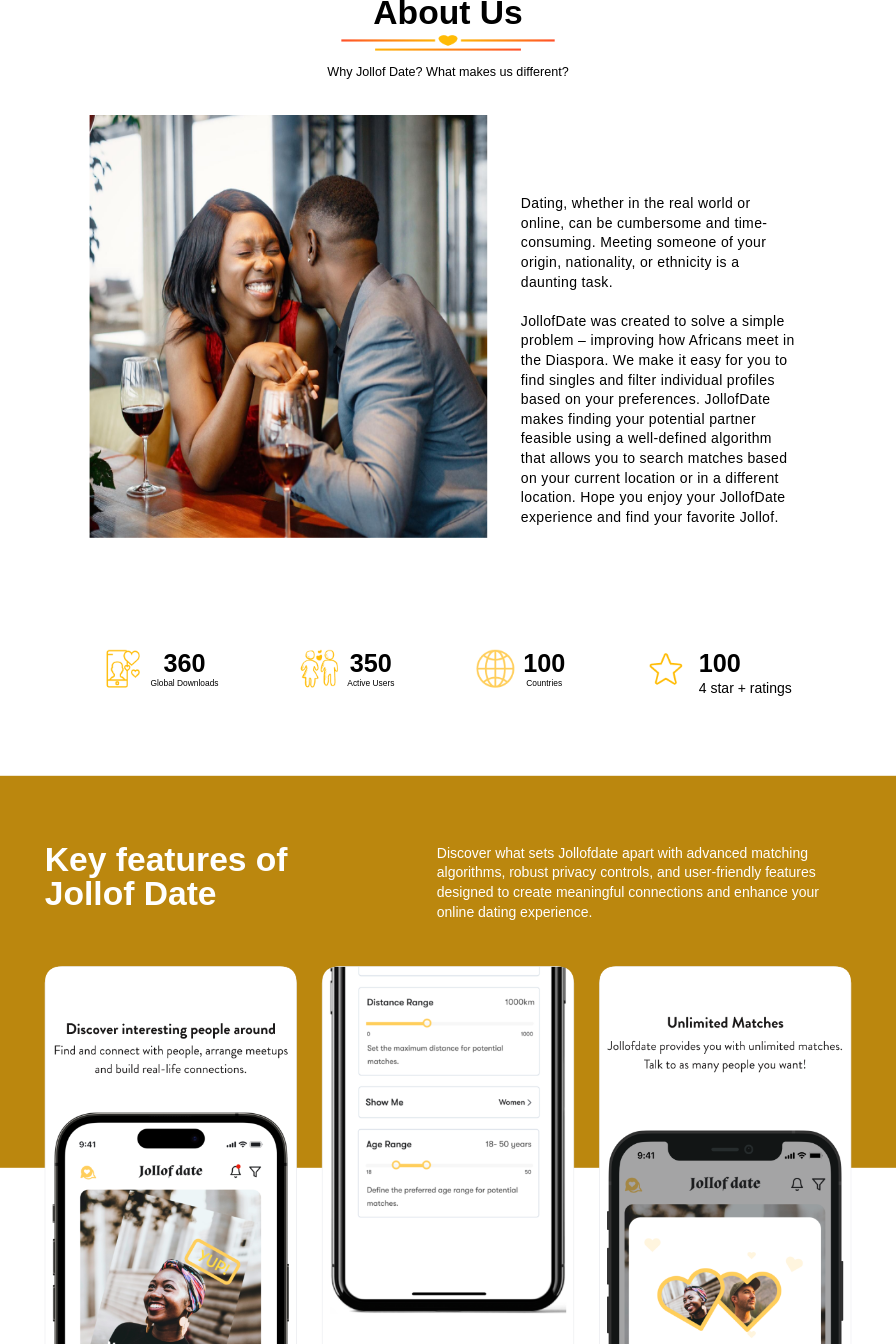
Repository: FarhanNasiru/jollofdate-frontend
Page: /
The author's editor kept a copy of each file at every save. The page is drawn from the files as they stood at one save, then again after the next save.
The browser window is 1280 px wide. The pictures show the part of the page from y = 1086 to 3006 px (the page is 7532 px tall), at 70% of full size.
Some web fonts or font styles are not loaded; a fallback is used. The project was rebuilt for these pictures with package versions that can differ from the ones it lists, and the page was loaded fresh each time. Also part of the build but not shown: vite.config.js, src/Pages/Footer2.jsx, src/components/Header2.jsx, src/Pages/privacy.jsx, src/Pages/Term.jsx.

Above is the page before, as saved 2024-08-20 06:41:29.

### index.html
<!doctype html>
<html lang="en">
  <head>
    <meta charset="UTF-8" />
    <link rel="icon" type="image/svg+xml" href="/vite.svg" />
    <meta name="viewport" content="width=device-width, initial-scale=1.0" />
    <title>Jellof Date</title>
  </head>
  <body>
    <div id="root"></div>
    <script type="module" src="/src/main.jsx"></script>
  </body>
</html>

### src/App.jsx
import { BrowserRouter as Router, Route, Routes } from "react-router-dom";
import Header from "./components/Header";
import Home from "./Pages/Home";
import Privacy from "./Pages/privacy";
import Terms from "./Pages/Term";
import "./index.css";
const App = () => {
  return (
    <Router>
      <Header />
      <main>
        <Routes>
          <Route path="/" element={<Home />} />
          <Route path="/privacy" element={<Privacy />} />
          <Route path="/terms" element={<Terms />} />
        </Routes>
      </main>
    </Router>
  );
};

export default App;

### src/index.css
@import url('https://fonts.cdnfonts.com/css/hvdtrial-brandon-grotesque');
@import url('https://fonts.googleapis.com/css2?family=Almendra:ital,wght@0,400;0,700;1,400;1,700&display=swap');
@import "slick-carousel/slick/slick.css";
@import "slick-carousel/slick/slick-theme.css";

@tailwind base;
@tailwind components;
@tailwind utilities;

### src/Pages/Home.jsx
import Faq from "../components/Faq";
import Testimonials from "../components/Testimonials";
import Community from "../components/Community";
import How from "../components/Howitworks";
import Features from "../components/Features";
import About from "../components/Aboutus";
import Download from "../components/Download";
import Footer from "../components/Footer";
import Header from "../components/Header";

function Home() {
  return (
    <main className=" bg-white justify-center font-HvDTrial">
      <Header />
      <section
        id="home"
        className="pl-8 pr-8 justify-center bg-center bg-no-repeat items-center w-full lg:pt-64 lg:pb-9 bg-[url('/Images/Home-bg.png')] h-auto"
      >
        <h1 className="  text-wrap text-white text-7xl md:text-7xl  font-medium md:font-semibold text-center pt-32 pb-14 h-auto">
          Africans. Meet. Date. Connect.{" "}
        </h1>
        <p className=" text-2xl px-6 text-center text-white font-normal md:text-3xl">
          Begin your journey to a lifetime of happiness, success, progress, and
          bliss.
          <br /> Your happiness starts here. Let’s go!
        </p>
        <div className=" flex justify-center pt-12 flex-wrap pb-16">
          <a
            href="#"
            className="bg-transparent text-black px-1 py-1 rounded flex items-center"
          >
            <img
              src="/Images/Googleplay-whitesvg.svg"
              alt="Google Play"
              className="w-full h-full img-center"
            />
          </a>
          <a
            href="#"
            className="bg-transparent text-black px-4 py-2 rounded flex items-center"
          >
            <img
              src="/Images/Applestore-white.png"
              alt="App Store"
              className="w-full h-full mr-2"
            />
          </a>
        </div>
        <div className=" justify-center ">
          <a href="#footer">
            <img
              src="/Images/Home-arrow.png"
              alt=""
              className=" hidden md:flex justify-center m-auto md:pb-32"
            />
          </a>
        </div>
      </section>
      <About />
      <Features />
      <How />
      <Community />
      <Testimonials />
      <Faq />
      <Download />
      <Footer />
    </main>
  );
}

export default Home;

### src/components/Faq.jsx
import { useState } from "react";

function Faq() {
  const [openIndexes, setOpenIndexes] = useState([]);

  const toggleDropdown = (index) => {
    if (openIndexes.includes(index)) {
      setOpenIndexes(openIndexes.filter((i) => i !== index));
    } else {
      setOpenIndexes([...openIndexes, index]);
    }
  };

  const faqItems = [
    "How can I create my profile on the app?",
    "How can I create my profile on the app?",
    "How can I create my profile on the app?",
    "How can I create my profile on the app?",
    "How can I create my profile on the app?",
    "How can I create my profile on the app?",
  ];

  return (
    <section id="frequently-asked-questions" className="pb-14 sm:px-9">
      <div className="sm:pb-20 md:pb-12">
        <h2 className="text-2xl md:text-3xl font-bold text-center pt-24">
          Frequently Asked Questions
        </h2>
        <div className="flex justify-center py-4">
          <img src="/Images/love-logo.png" alt="" className=" md:w-auto" />
        </div>
        <h3 className="text-center text-lg">
          You have questions? Check here for answers
        </h3>
      </div>
      <div className="text-left sm:text-wrap px-4">
        {faqItems.map((item, index) => (
          <div key={index} className=" mx-auto mt-3">
            <div
              className={`flex pt-7 pl-16 pr-12 pb-6 justify-between cursor-pointer ${
                openIndexes.includes(index)
                  ? "bg-customYellow1 font-bold text-black text-xl rounded-t-md"
                  : "bg-bright text-black text-lg border-solid border rounded-lg border-customYellow1"
              }`}
              onClick={() => toggleDropdown(index)}
            >
              <p className="text-xl font-medium">{item}</p>
              {openIndexes.includes(index) ? (
                <div className="h-6 w-6">
                  <img src="/Jellofdate/add.svg" alt="" />
                </div>
              ) : (
                <div className="h-6 w-6">
                  <img src="/Jellofdate/add2.svg" alt="" className="bg-white" />
                </div>
              )}
            </div>
            {openIndexes.includes(index) && (
              <div className="p-4 bg-customYellow1 rounded-b-md shadow pt-7 pl-16 pr-12 pb-8">
                <p className=" xl:w-custom3text-xl md:text-wrap sm:text-balance">
                  Begin your journey to a lifetime of happiness, success,
                  progress and bliss. Begin your journey to a lifetime of
                  happiness, success, progress and bliss. Begin your journey to
                  a lifetime of happiness, success, progress and bliss. Begin
                  your journey to a lifetime of happiness, success, progress and
                  bliss. Begin your journey to a lifetime of happiness, success,
                  progress and bliss. Begin your journey to a lifetime of
                  happiness, success, progress and bliss. Begin your journey to
                  a lifetime of happiness, success, progress and bliss.
                </p>
              </div>
            )}
          </div>
        ))}
      </div>
    </section>
  );
}

export default Faq;

### src/components/Testimonials.jsx
import { Carousel } from "antd";

function Testimonials() {
  const contentStyle = {
    height: "auto",
    color: "#fff",
    lineHeight: "40px",
    textAlign: "center",
    background: "transparent",
  };

  const testimonials = [
    {
      quote:
        "“Other dating apps were like shooting fish in a barrel. But my girlfriend and I clicked right away on Jollofdate, and the conversation was effortless. We’ve been together for over a year.”",
      name: "Caitlyn King",
    },
    {
      quote:
        "“Other dating apps were like shooting fish in a barrel. But my girlfriend and I clicked right away on Jollofdate, and the conversation was effortless. We’ve been together for over a year.”",
      name: "Crystabel lyn",
    },
    {
      quote:
        "“Other dating apps were like shooting fish in a barrel. But my girlfriend and I clicked right away on Jollofdate, and the conversation was effortless. We’ve been together for over a year.”",
      name: "David Johnson",
    },
    {
      quote:
        "“Other dating apps were like shooting fish in a barrel. But my girlfriend and I clicked right away on Jollofdate, and the conversation was effortless. We’ve been together for over a year.”",
      name: "King Micheal",
    },
  ];

  return (
    <section id="testimonials" className="p-8 pt-24">
      <div>
        <h2 className="text-5xl font-bold text-center p-2">Testimonials</h2>
        <div className="flex justify-center pb-5 md:pb-6">
          <img src="/Images/love-logo.png" alt="Love Logo" />
        </div>
        <h3 className="text-center text-lg">
          Read what our existing users have to say
        </h3>
      </div>
      <div className="text-center pt-9 pb-16 text-black">
        <Carousel autoplay>
          {testimonials.map((testimonial, index) => (
            <div key={index}>
              <div style={contentStyle}>
                <h1 className="text-black text-center m-auto font-normal text-2xl text-wrap">
                  {testimonial.quote}
                </h1>
                <div className="flex justify-center py-3">
                  {[...Array(5)].map((_, i) => (
                    <img
                      key={i}
                      src="/Images/Star.svg"
                      alt="Star"
                      className="mx-1"
                    />
                  ))}
                </div>
                <p className="text-center text-black text-lg pb-8">
                  {testimonial.name}
                </p>
              </div>
            </div>
          ))}
        </Carousel>
      </div>
    </section>
  );
}

export default Testimonials;

### src/components/Community.jsx
function Community() {
  return (
    <div>
      <section
        id="Community"
        className="bg-custom-radial flex flex-col items-center justify-center mb-28 px-6 pt-8"
      >
        <div className="space-y-8 text-center text-black">
          <div>
            <h1 className="text-3xl sm:text-4xl md:text-5xl font-bold">
              Join the
            </h1>
            <h2 className="text-3xl sm:text-4xl md:text-5xl font-bold">
              Jollof Date Community
            </h2>
          </div>
          <div className="w-full sm:w-4/5 md:w-3/5 lg:w-custom9 mx-auto">
            <h3 className="text-sm sm:text-base font-normal">
              Download the app from your store and begin your journey to a
              lifetime of happiness, success, progress, and bliss.
            </h3>
          </div>
          <div className="text-center justify-center m-auto gap-3 flex-wrap md:flex space-y-6">
            <a href="" className="w-32 md:w-40 ">
              <img
                src="/Images/Applestore-dark.png"
                alt="Download on the App Store"
                className="m-auto"
              />
            </a>
            <a href="" className="w-32 md:w-40">
              <img
                src="/Images/Googleplay-Dark.png"
                alt="Get it on Google Play"
                className="m-auto"
              />
            </a>
          </div>
        </div>
        <div className="flex justify-center mt-8">
          <img
            src="/Images/threephones.png"
            alt="Three phones showing the app"
            className="w-full sm:w-4/5 md:w-3/5 lg:w-auto"
          />
        </div>
      </section>
    </div>
  );
}

export default Community;

### src/components/Howitworks.jsx
function Howitworks() {
  return (
    <div>
      <section id="how-it-works" className="pt-16 md:pt-72 pb-10">
        <h2 className="text-2xl md:text-3xl font-bold text-center mt-24 md:mt-44 p-2">
          How it works
        </h2>
        <div className="flex justify-center pb-4 md:pb-2">
          <img src="/Images/love-logo.png" alt="" className=" md:w-auto" />
        </div>
        <h3 className="text-center text-sm md:text-base pb-4 md:pb-6">
          A step-by-step guide on how to get started on Jollof Date
        </h3>
        <div className="flex flex-col xl:flex-row p-4 md:p-8 space-y-8 md:space-y-0">
          <div id="picture" className="flex justify-center   space-x-3 ">
            <img
              src="/Images/f-and-j-frame.png"
              alt=""
              className="w-full md:w-auto"
            />
          </div>
          <div className="icon space-y-8 md:space-y-11 md:ml-11">
            <div className="flex gap-4 md:gap-6">
              <img
                src="/Images/sign up.png"
                alt=""
                className="w-12 h-12 md:w-16 md:h-16"
              />
              <div>
                <h1 className="font-bold text-xl md:text-2xl">Sign Up</h1>
                <h2 className="font-normal text-sm md:text-xl">
                  Begin your journey to a lifetime of happiness, success,
                  progress, and bliss.
                </h2>
              </div>
            </div>
            <div className="flex gap-4 md:gap-6">
              <img
                src="/Images/create.png"
                alt=""
                className="w-12 h-12 md:w-16 md:h-16"
              />
              <div>
                <h1 className="font-bold text-xl md:text-2xl">
                  Create Profile and Add Preferences
                </h1>
                <h2 className="font-normal text-sm md:text-xl">
                  Share your interests, hobbies, and a bit about yourself to
                  help us find your perfect match.
                </h2>
              </div>
            </div>
            <div className="flex gap-4 md:gap-6">
              <img
                src="/Images/browse.png"
                alt=""
                className="w-12 h-12 md:w-16 md:h-16"
              />
              <div>
                <h1 className="font-bold text-xl md:text-2xl">
                  Browse and Match
                </h1>
                <h2 className="font-normal text-sm md:text-xl">
                  Use our advanced filters to find people who share your
                  interests and values. Start connecting today.
                </h2>
              </div>
            </div>
            <div className="flex gap-4 md:gap-6">
              <img
                src="/Images/chat.png"
                alt=""
                className="w-12 h-12 md:w-16 md:h-16"
              />
              <div>
                <h1 className="font-bold text-xl md:text-2xl">Chat and Call</h1>
                <h2 className="font-normal text-sm md:text-xl">
                  Get to know your matches better and build connections in a
                  safe and private environment.
                </h2>
              </div>
            </div>
          </div>
        </div>
      </section>
    </div>
  );
}

export default Howitworks;

### src/components/Features.jsx
function Features() {
  return (
    <div>
      <section
        id="features"
        className=" md:p-8 pt-16 md:pt-24 mb-20 md:mb-40 bg-featuresY h-full w-full md:h-custom16"
      >
        <div className="">
          <div className="flex flex-col md:flex-row justify-between m-auto px-4 md:px-8 space-y-4 md:space-y-0">
            <h3 className="text-3xl md:text-5xl font-bold w-full md:w-96 h-auto md:h-36 text-white">
              Key features of Jollof Date
            </h3>
            <h2 className="text-xl w-full md:w-custom4 font-normal text-white">
              Discover what sets Jollofdate apart with advanced matching
              algorithms, robust privacy controls, and user-friendly features
              designed to create meaningful connections and enhance your online
              dating experience.
            </h2>
          </div>
          <div className="flex flex-col md:flex-row h-full space-y-4 md:space-y-0 md:space-x-9 pl-0 md:pl-8 pr-0 md:pr-8 mt-8 w-full">
            <div className="bg-white text-center border rounded-3xl">
              <img
                src="/Images/phone1.png"
                alt=""
                className="w-full md:w-auto"
              />
            </div>
            <div className="bg-white text-center border rounded-3xl md:flex hidden">
              <a href="">
                <img src="/Images/Phone2.png" alt="" className="w-full" />
              </a>
            </div>
            <div className="bg-white text-center border rounded-3xl md:flex hidden">
              <a href="">
                <img src="/Images/Phone3.png" alt="" className="w-full" />
              </a>
            </div>
          </div>
        </div>
      </section>
    </div>
  );
}

export default Features;

### src/components/Aboutus.jsx
function Aboutus() {
  return (
    <div>
      <section id="about-us" className="pt-16 md:pt-24">
        <div className="px-4 md:px-24">
          <h2 className="text-3xl md:text-5xl font-bold text-center p-2">
            About Us
          </h2>
          <div className="flex justify-center pb-4">
            <img src="/Images/love-logo.png" alt="" className="md:14" />
          </div>
          <h3 className="text-center text-base md:text-lg pb-8 md:pb-12">
            Why Jollof Date? What makes us different?
          </h3>
          <div className="flex flex-col xl:flex-row gap-4 lg:gap-8 px-2 lg:px-8 pb-16 lg:pb-32 justify-center">
            <img
              src="/Images/Lovers.png"
              alt=""
              className="w-full xl:w-custom11 h-auto lg:h-custom12 shrink-0"
            />
            <div className="tracking-wide bg-white p-4 md:pt-28 font-normal text-base md:text-xl">
              <p>
                Dating, whether in the real world or online, can be cumbersome
                and time-consuming. Meeting someone of your origin, nationality,
                or ethnicity is a daunting task.
              </p>
              <br />
              <p>
                JollofDate was created to solve a simple problem – improving how
                Africans meet in the Diaspora. We make it easy for you to find
                singles and filter individual profiles based on your
                preferences. JollofDate makes finding your potential partner
                feasible using a well-defined algorithm that allows you to
                search matches based on your current location or in a different
                location. Hope you enjoy your JollofDate experience and find
                your favorite Jollof.
              </p>
            </div>
          </div>
        </div>
        <div className="flex flex-wrap text-center space-y-8 pb-12 lg:pb-28 justify-evenly px-8">
          <div className="flex space-x-3 mt-8">
            <div>
              <img src="/Images/person.png" alt="" />
            </div>
            <div className="">
              <h1 className="font-bold text-4xl">360</h1>
              <h2 className="text-xs">Global Downloads</h2>
            </div>
          </div>
          <div className="flex space-x-3">
            <div>
              <img src="/Images/people.png" alt="" />
            </div>
            <div className="">
              <h1 className="font-bold text-4xl">350</h1>
              <h2 className="text-xs">Active Users</h2>
            </div>
          </div>
          <div className="flex space-x-3">
            <div>
              <img src="/Images/world-o.png" alt="" />
            </div>
            <div className="">
              <h1 className="font-bold text-4xl">100</h1>
              <h2 className="text-xs">Countries</h2>
            </div>
          </div>
          <div className="flex">
            <div>
              <img src="/Images/Star2.png" alt="" className="pr-5" />
            </div>
            <div className="">
              <h1 className="font-bold text-4xl justify-start m-auto flex">
                100
              </h1>
              <h2 className="text-xl">4 star + ratings</h2>
            </div>
          </div>
        </div>
      </section>
    </div>
  );
}

export default Aboutus;

### src/components/Download.jsx
function Download() {
  return (
    <section
      id="last"
      className=" mt-20 w-full justify-center bg-customYellow1 md:w-3/4 xl:w-4/5 md:h-full pb-9 m-auto pt-9 p-11 border-0 rounded-2xl -mb-[100px] relative "
    >
      <div className="">
        <div>
          <h1 className="text-center font-normal text-xl pb-3 pl-3 pr-3">
            Your one stop spot for the right relationship
          </h1>
        </div>
        <h3 className="text-center font-bold text-4xl pb-3 lg:">
          Download Jollofdate Now
        </h3>
        <h2 className=" flex text-center justify-center m-auto font-normal xl:w-80 pb-8">
          Begin your journey to a lifetime of happiness, success, progress and
          bliss.
        </h2>
        <div className="text-center md:flex flex-wrap justify-center gap-4 m-auto space-y-7 md:space-y-0 ">
          <img
            src="/Images/Applestore-dark.png"
            alt=""
            className="m-auto md:m-0"
          />
          <img
            src="/Images/Googleplay-Dark.png"
            alt=""
            className="m-auto md:m-0"
          />
        </div>
      </div>
    </section>
  );
}

export default Download;

Loaded but not shown: src/main.jsx (common file); tailwind.config.js (58 lines, source omitted); src/components/Header.jsx (145 lines, source omitted); src/components/Footer.jsx (106 lines, source omitted)

After the next save:
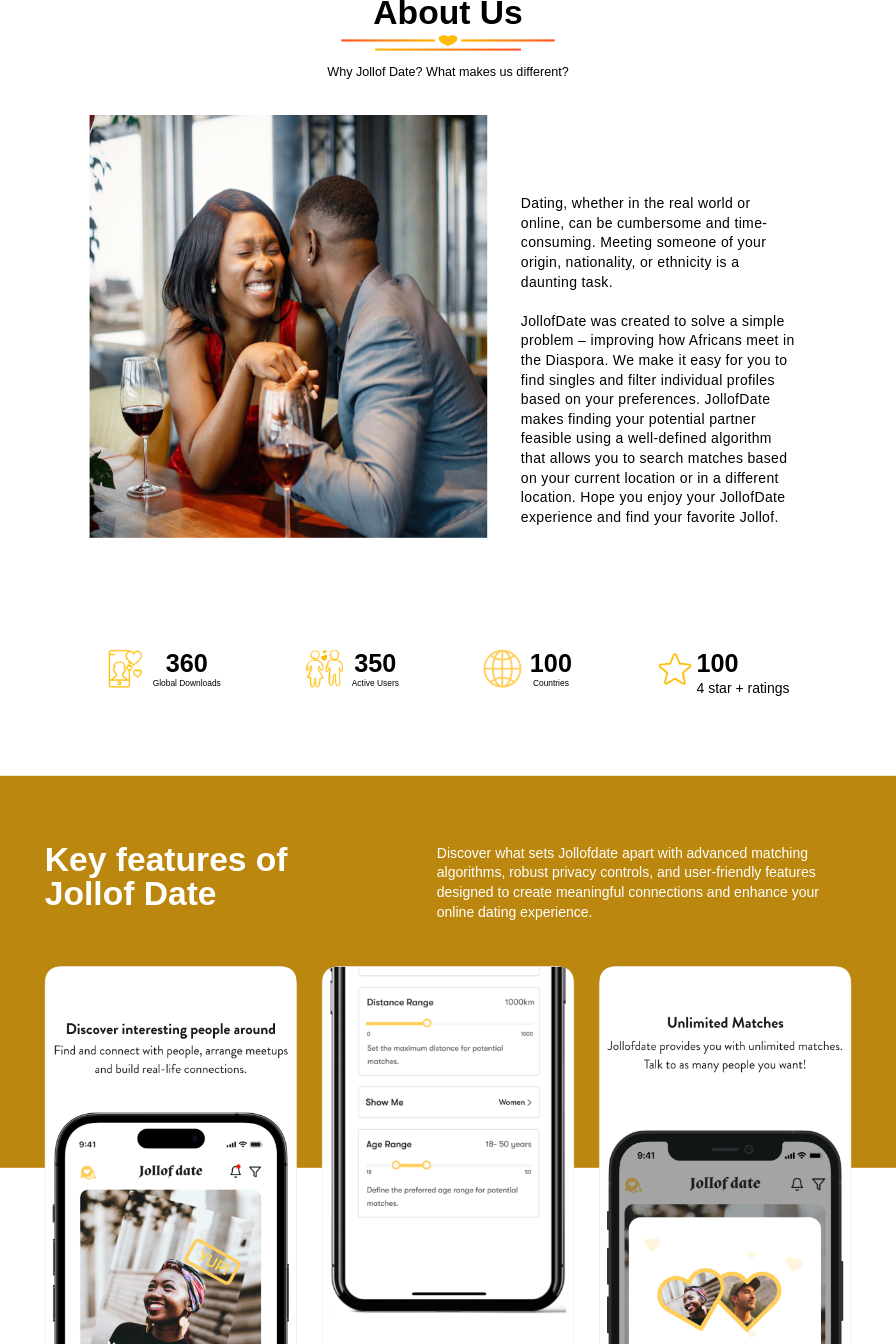
Saved 9 s later.
--- a/src/components/Aboutus.jsx
+++ b/src/components/Aboutus.jsx
@@ -68,7 +68,7 @@
           </div>
           <div className="flex">
             <div>
-              <img src="/Images/Star2.png" alt="" className="pr-5" />
+              <img src="/Images/Star2.png" alt="" className="pr-1" />
             </div>
             <div className="">
               <h1 className="font-bold text-4xl justify-start m-auto flex">
